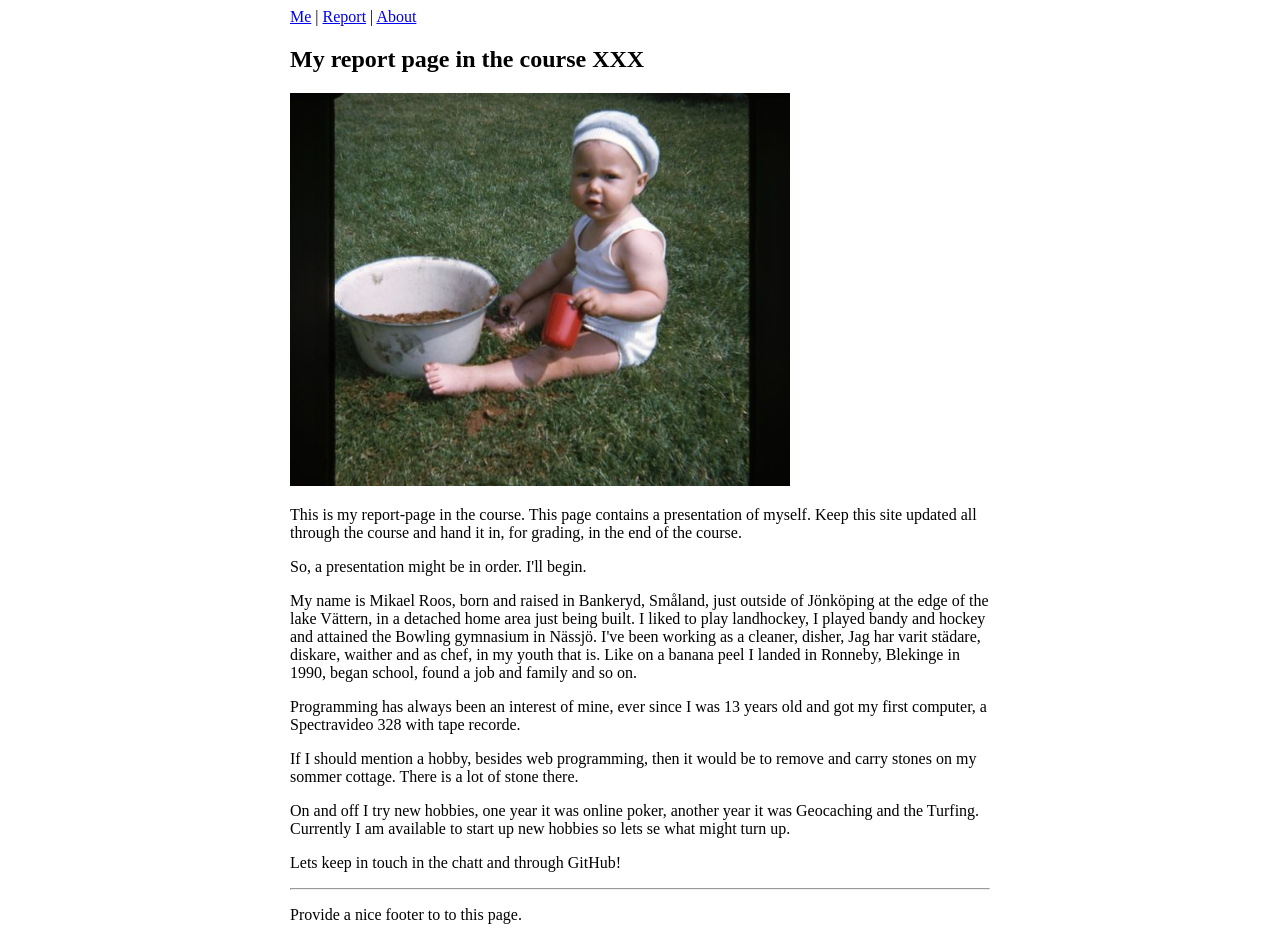
Repository: Webbprogrammering/websoft
Page: work/report/me.html
The author's editor kept a copy of each file at every save. The page is drawn from the files as they stood at one save, then again after a run of saves.
The browser window is 1280 px wide. The pictures show the whole page.

Above is the page before, as saved 2020-01-22 12:41:43.

After the next 2 saves:
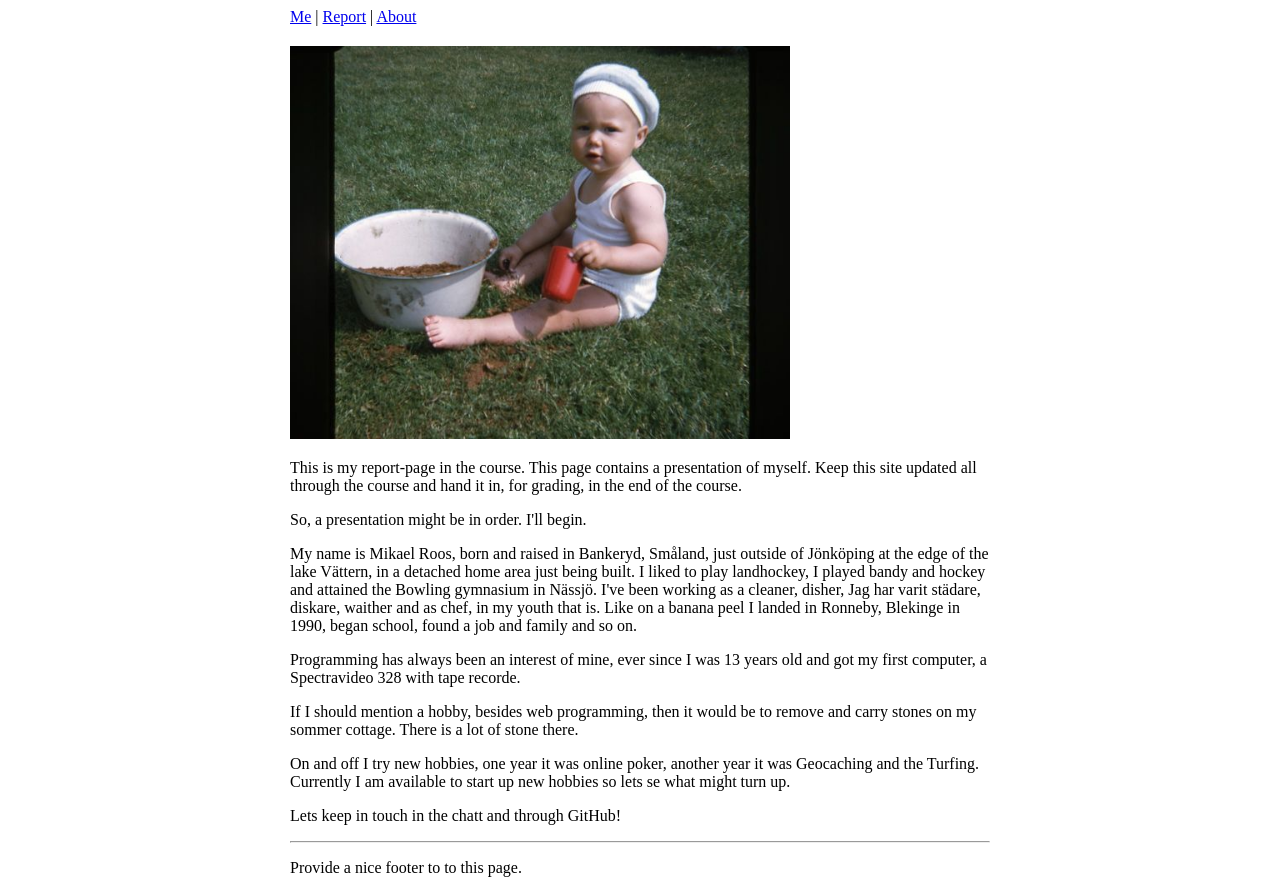
The 2 saves are shown as one change because they came seconds apart.
The last was saved 10 s later.
--- a/work/report/me.html
+++ b/work/report/me.html
@@ -26,7 +26,7 @@
 
 <article>
 
-<h1>My report page in the course XXX</h1>
+<h1></h1>
 
 <p><img src="img/me.jpg" width="500" alt="Me on an image"></p>
 

After the 4 saves that followed:
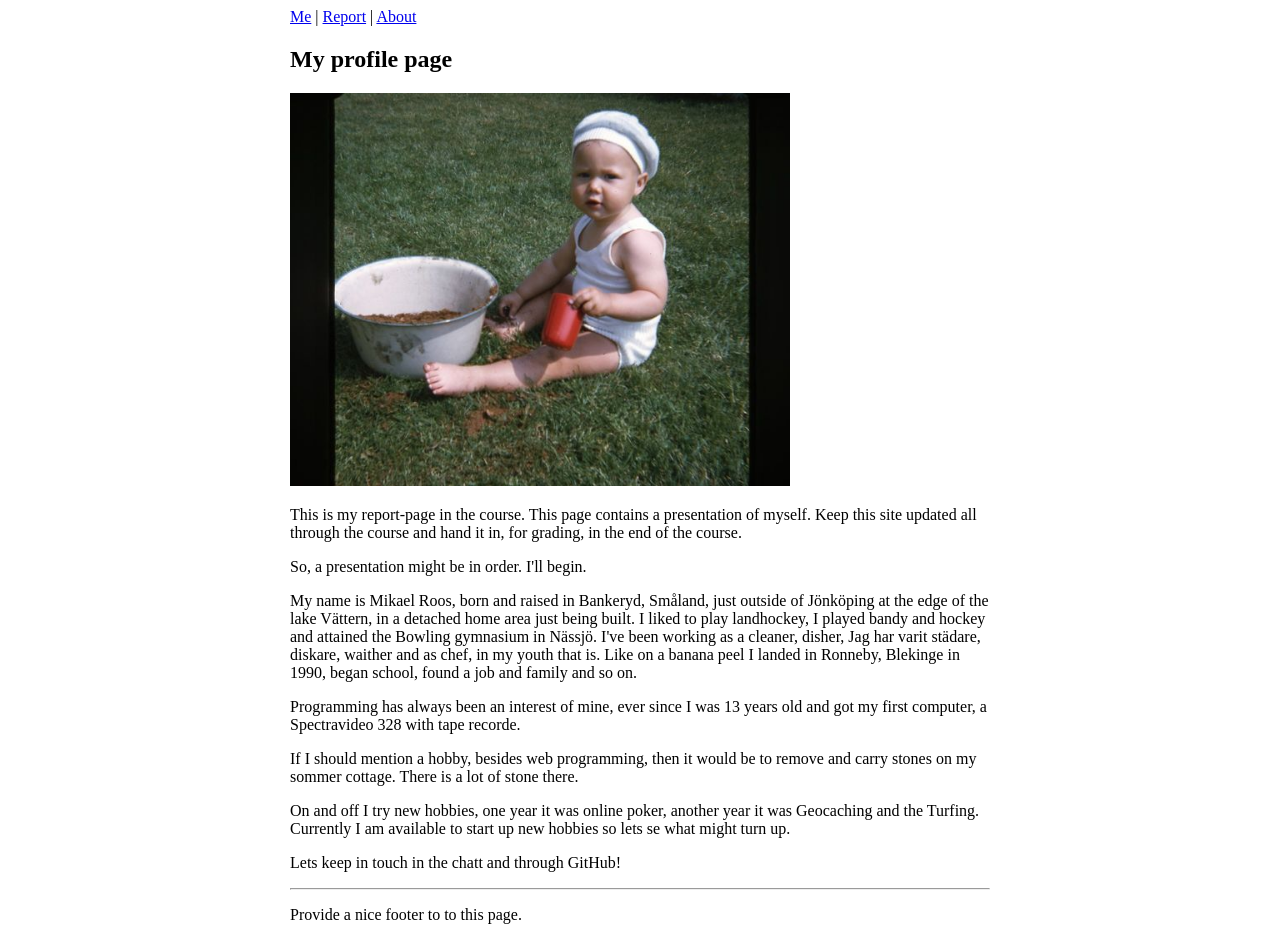
The 4 saves are shown as one change because 1 left the picture as it was and some came seconds apart.
The last was saved 21 s later.
--- a/work/report/me.html
+++ b/work/report/me.html
@@ -26,7 +26,7 @@
 
 <article>
 
-<h1></h1>
+<h1> My profile page</h1>
 
 <p><img src="img/me.jpg" width="500" alt="Me on an image"></p>
 
